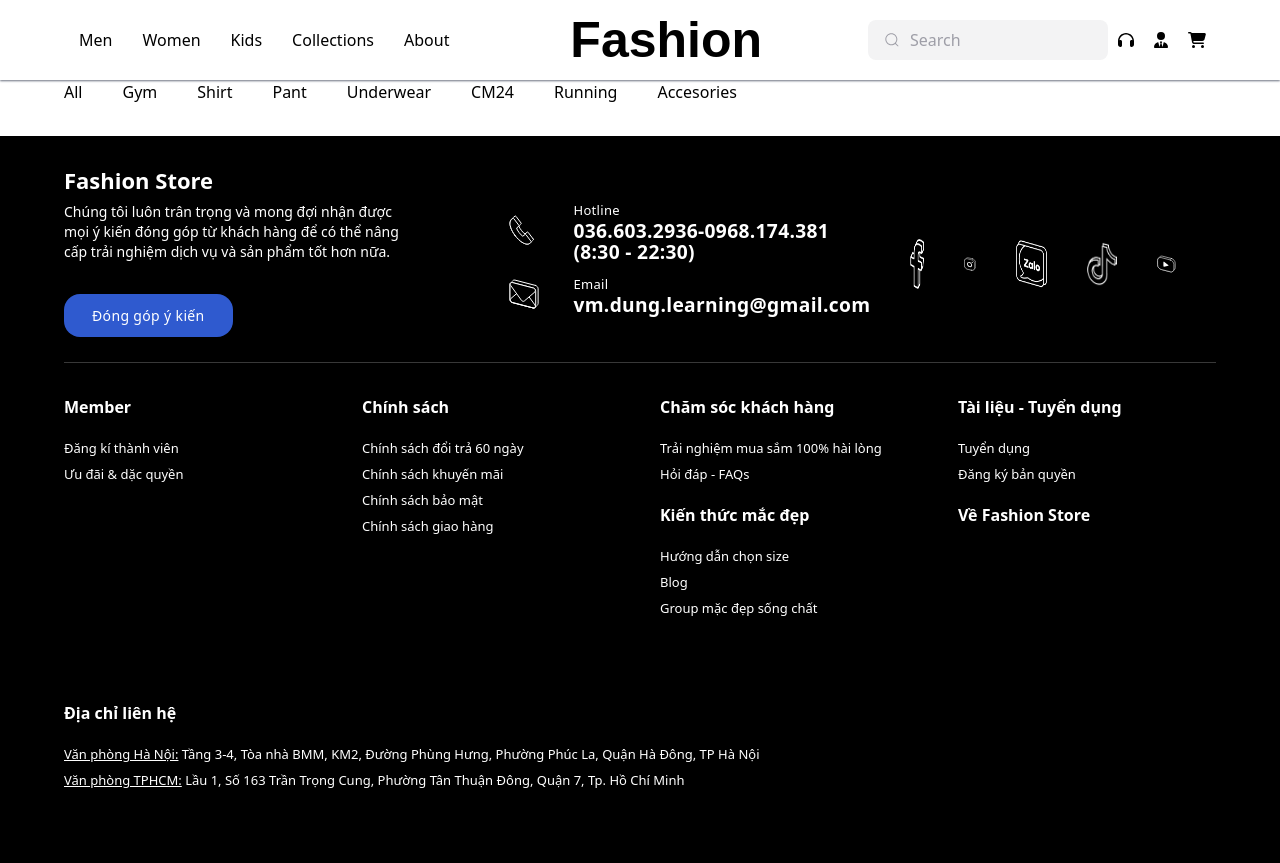
Repository: VuSnow/Software_Engineering
Page: /products
An editor plug-in stored every save of this project. The page is shown before and after the next save, followed by the edit.
The browser window is 1280 px wide. The pictures show the whole page.
The project was rebuilt for these pictures with package versions that can differ from the ones it lists, and the page was loaded fresh each time. The framework's server and built-in components were replaced by stand-ins that run in the browser. Also part of the build but not shown: next.config.js, src/components/cart/CartItem/CartItem.tsx, src/components/cart/Cart.tsx.

Above is the page before, as saved 2023-06-25 10:25:15.

After the next save:
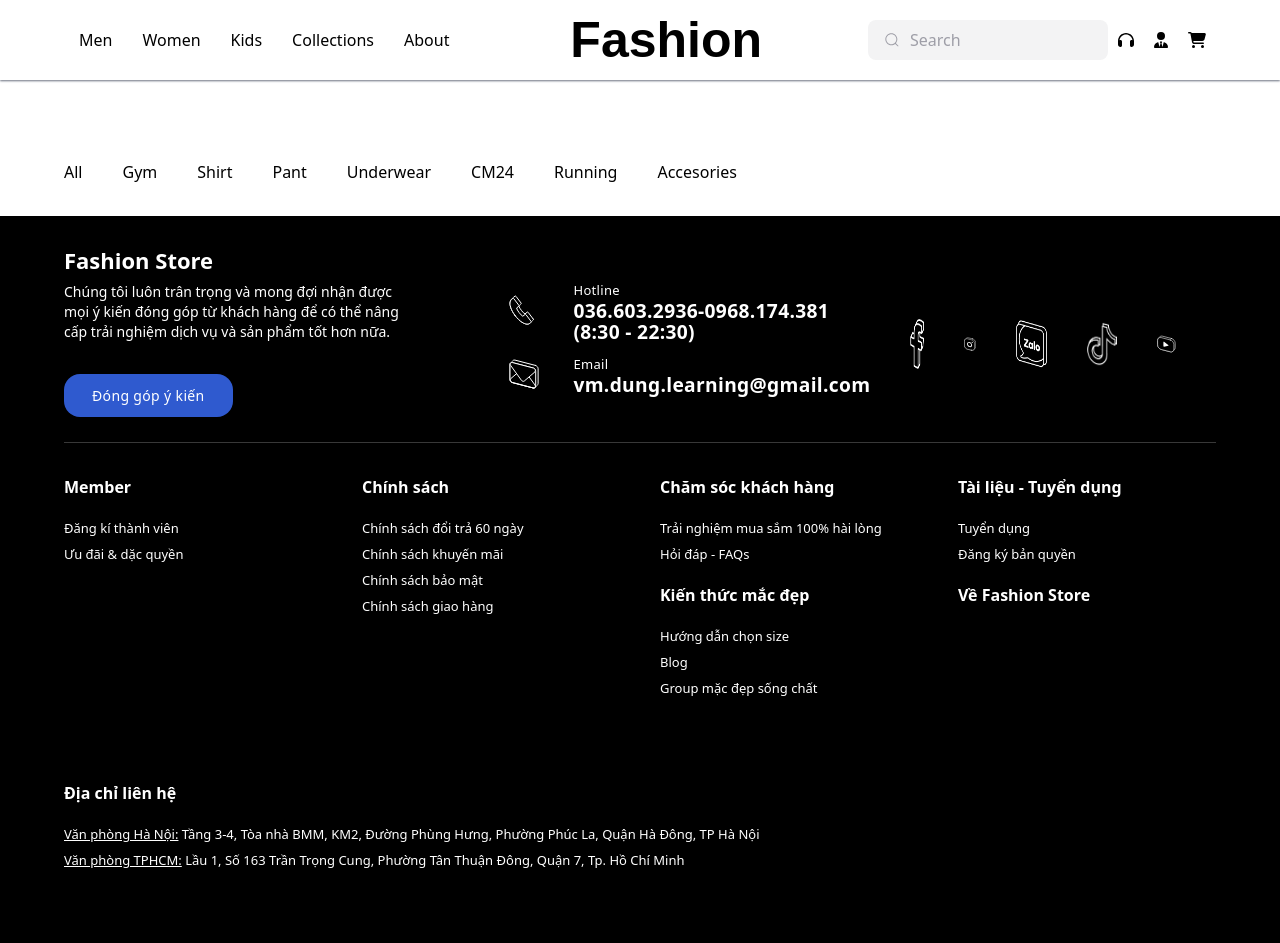
Saved 14 s later.
--- a/src/app/products/page.tsx
+++ b/src/app/products/page.tsx
@@ -4,7 +4,7 @@ import Link from "next/link";
 const Products = () => {
   return (
     <section className="mt-20 px-[5%]">
-      <div className="container">
+      <div className="container mt-20">
         <div className="categories-list">
           <div className="tab-header flex gap-10">
             <Link href="#">All</Link>
